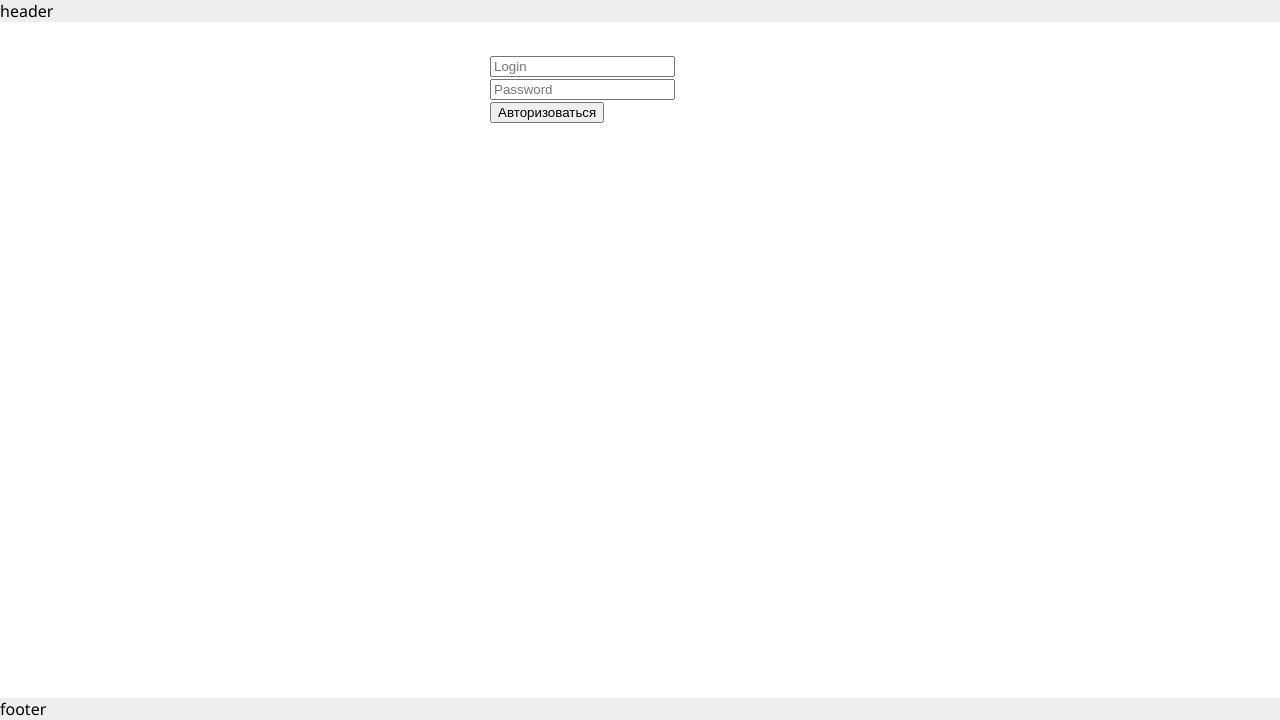
Repository: slep0y/fakeAuth
Page: index.html
These files come from the project's save history. The page is drawn as it stood at one moment and after the next save; the edit follows.
The browser window is 1280 px wide. The pictures show the whole page.
The style sheet was rebuilt from its Sass, Less or Tailwind sources for each picture, by a compiler version that may differ from the author's.

Above is the page before, as saved 2025-01-19 15:48:02.

### index.html
<!DOCTYPE html>
<html lang="ru">
<head>
    <meta charset="UTF-8">
    <meta name="viewport" content="width=device-width, initial-scale=1.0">
    <!-- <link rel="stylesheet" href="./styles/special-style.css"> -->
    <link rel="stylesheet" href="/styles/style.css">
    <title>Document</title>
</head>
<body class="page">
    <header class="header">header</header>
    <main class="main">
        <section class="auth-section">
            <div class="container">
                <div class="auth-section__inner">
                    <form action="*" class="form hidden" id="authForm">
                        <div class="fieldgroup">
                            <input id="loginName" name="loginName" type="text" class="input" placeholder="Login">
                            <input id="loginPass" name="loginPass" type="password" class="input" placeholder="Password">
                        </div>
                        <div class="controls">
                            <button id="authButton" class="button">Авторизоваться</button>
                        </div>
                    </form>
                </div>
            </div>
        </section>
        <section class="content hidden">
            <div class="container">
                <div class="content__inner">
                    <h1>Приветствую</h1>
                </div>
            </div>
        </section>
    </main>
    <footer class="footer">footer</footer>

    <script src="./js/script.js"></script>
</body>
</html>

### js/script.js
let form = document.querySelector('#authForm'),
    content = document.querySelector('.content'),
    authButton = form.querySelector('#authButton'),
    loginName = form.querySelector('#loginName'),
    loginPass = form.querySelector('#loginPass');

function checkAuthData(){
    if(localStorage.getItem('userAuth')){
        content.classList.remove('hidden');
    }else{
        form.classList.remove('hidden');
    }
}

function authorize(e){
    e.preventDefault();
    if(localStorage.getItem('userAuth')){
        let userAuth = JSON.parse(localStorage.getItem('userAuth'));
    }else{
        showError();
    }
}

function register(){

}

function showError(){
    console.log('Неверные: Имя и Пароль');
}

checkAuthData();
authButton.onclick = authorize;

### styles/style.scss
@import "_base.scss";
@import "blocks/page/_page.scss";
@import "blocks/container/_container.scss";
@import "blocks/main/_main.scss";
@import "blocks/header/_header.scss";
@import "blocks/footer/_footer.scss";
@import "blocks/auth-section/_auth-section.scss";
@import "blocks/content/_content.scss";
@import "blocks/form/_form.scss";

### styles/_base.scss
:root{
    --segoe:'Segoe UI', Tahoma, Geneva, Verdana, sans-serif;
}
body, html {
    margin: 0;
    padding: 0;
    height: 100%;
    font-family: var(--segoe);
}
*, *::after, *::before {
    box-sizing: border-box;
}
section{
    padding-block: 2rem;
}

### styles/blocks/page/_page.scss
.page{
    display: grid;
    grid-auto-rows: min-content auto min-content;
}

### styles/blocks/container/_container.scss
.container {
    width: 100%;
    margin-inline: auto;
    max-width: 1140px;
    padding-inline: 20px;
}

### styles/blocks/main/_main.scss
.main{

}

### styles/blocks/header/_header.scss
.header{
    background-color: #eee;
}

### styles/blocks/footer/_footer.scss
.footer{
    background-color: #eee;
}

### styles/blocks/auth-section/_auth-section.scss
.auth-section{
    &__inner{
        display: grid;
        justify-content: center;
    }
}

### styles/blocks/content/_content.scss
.content{
    &.hidden{
        display: none;
    }
}

### styles/blocks/form/_form.scss
.form{
    max-width: 300px;
    display: grid;
    &.hidden{
        display: none;
    }
}

After the next save:
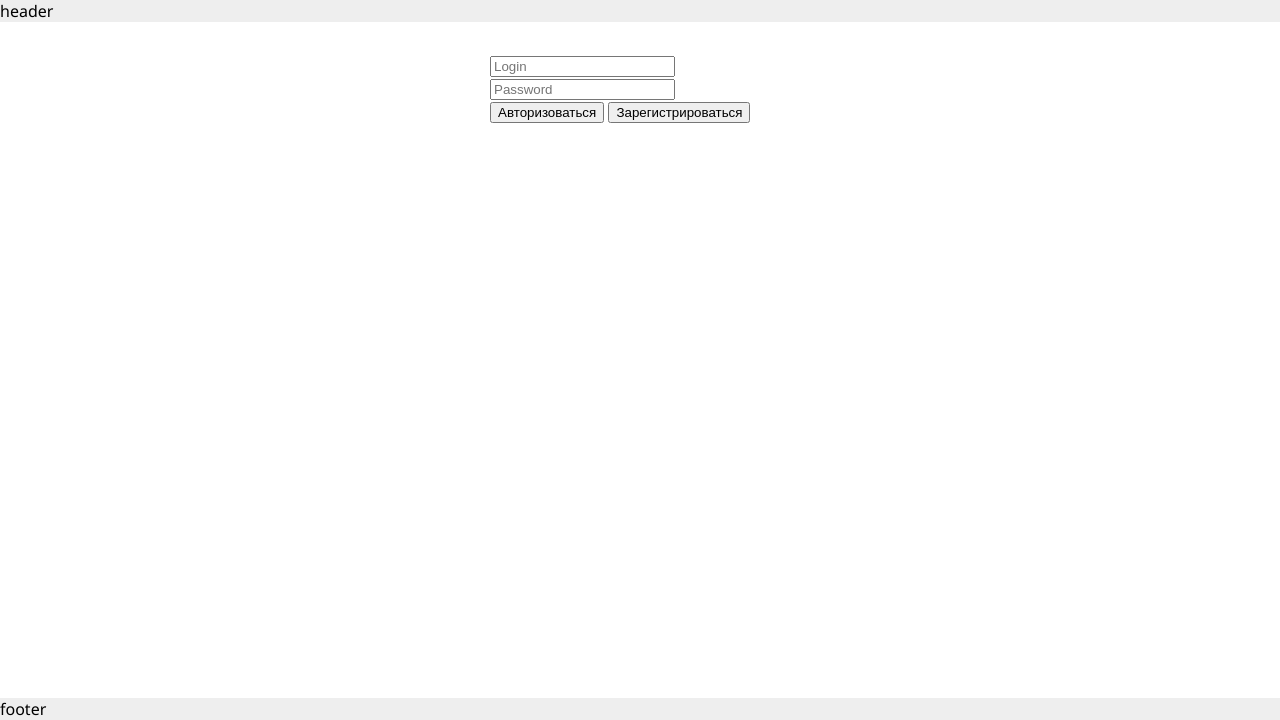
Saved 14 min 4 s later.
--- a/index.html
+++ b/index.html
@@ -20,6 +20,7 @@
                         </div>
                         <div class="controls">
                             <button id="authButton" class="button">Авторизоваться</button>
+                            <button id="regButton" class="button">Зарегистрироваться</button>
                         </div>
                     </form>
                 </div>
